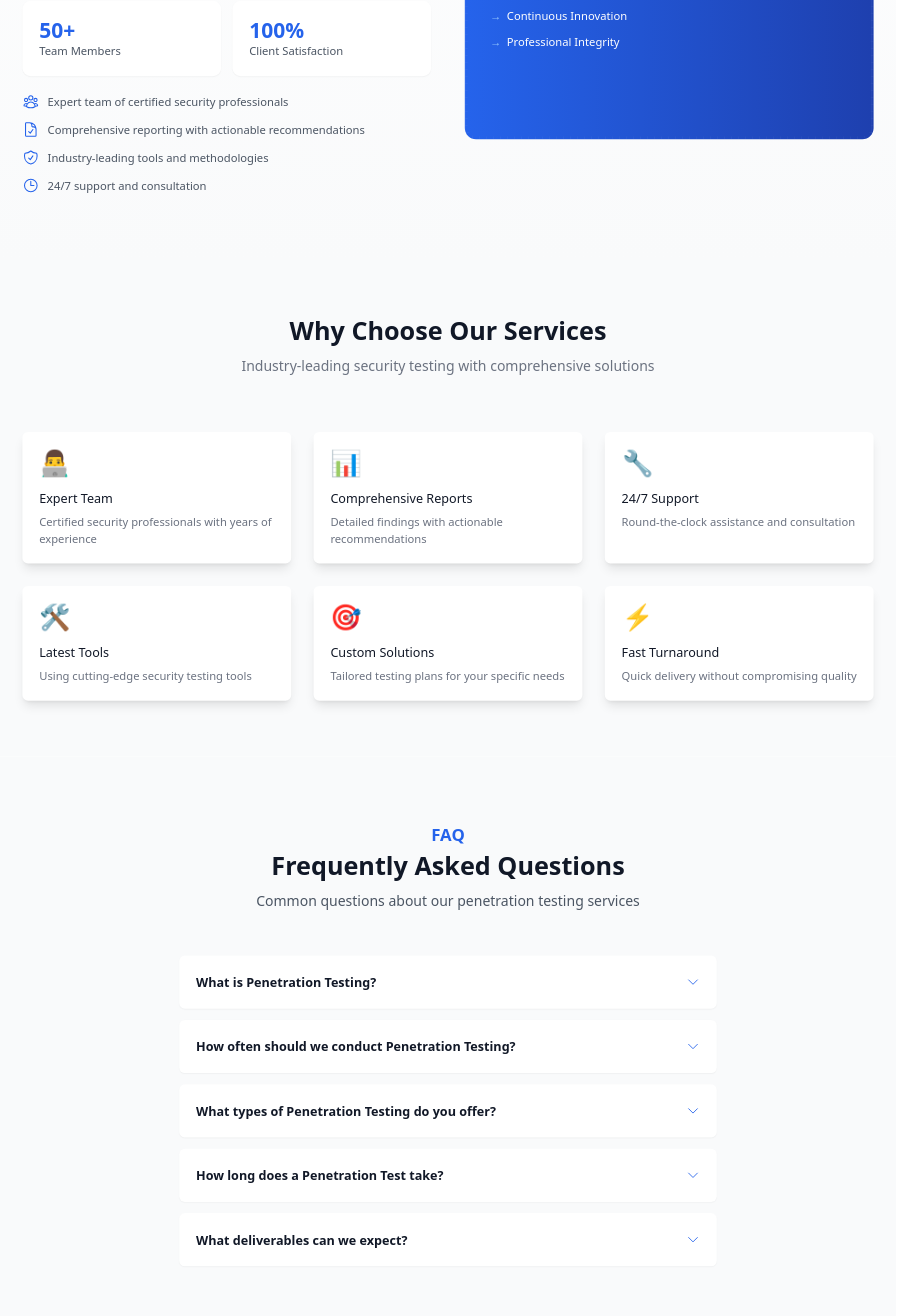
Repository: ZSayless/Penetration-test
Page: /
The author's editor kept a copy of each file at every save. The page is drawn from the files as they stood at one save, then again after the next save.
The browser window is 1280 px wide. The page is 1308 px wide, so the pictures cover 1308 px, including what lies to the right of the window. The pictures show the part of the page from y = 4620 to 6500 px (the page is 8113 px tall before and 8145 px after), at 70% of full size.
The project was rebuilt for these pictures with package versions that can differ from the ones it lists, and the page was loaded fresh each time. The framework's server and built-in components were replaced by stand-ins that run in the browser. Also part of the build but not shown: next.config.js.

Above is the page before, as saved 2024-12-04 15:22:20.

### src/app/layout.tsx
import type { Metadata } from 'next';
import Navbar from '@/components/Navbar';
import ScrollToTop from '@/components/ScrollToTop';
import './globals.css';

export const metadata: Metadata = {
  title: 'SecureTest Pro - Professional Penetration Testing Services',
  description: 'Comprehensive security assessment services to protect your business from cyber threats.',
};

export default function RootLayout({
  children,
}: {
  children: React.ReactNode;
}) {
  return (
    <html lang="en">
      <body>
        <Navbar />
        {children}
        <ScrollToTop />
      </body>
    </html>
  );
}

### src/app/page.tsx
'use client';

import Hero from '@/components/sections/Hero';
import Services from '@/components/sections/Services';
import Process from '@/components/sections/Process';
import About from '@/components/sections/About';
import Features from '@/components/sections/Features';
import Testimonials from '@/components/sections/Testimonials';
import Contact from '@/components/sections/Contact';
import WhyPentest from '@/components/sections/WhyPentest';
import FAQ from '@/components/sections/FAQ';
import Tools from '@/components/sections/Tools';

export default function Home() {
  return (
    <main>
      <Hero />
      <Services />
      <Process />
      <WhyPentest />
      <Tools />
      <About />
      <Features />
      <FAQ />
      <Testimonials />
      <Contact />
    </main>
  );
}

### src/components/Navbar.tsx
'use client';

import Link from 'next/link';
import Image from 'next/image';
import { useState } from 'react';

const navItems = [
  { name: 'Home', href: '#home' },
  { name: 'Services', href: '#services' },
  { name: 'About', href: '#about' },
  { name: 'Contact', href: '#contact' }
];

export default function Navbar() {
  const [active, setActive] = useState('');

  const handleScroll = (e: React.MouseEvent<HTMLAnchorElement>, href: string) => {
    e.preventDefault();
    const targetId = href.replace('#', '');
    const element = document.getElementById(targetId);
    if (element) {
      element.scrollIntoView({
        behavior: 'smooth'
      });
      setActive(href);
    }
  };

  return (
    <nav className="fixed top-0 left-0 right-0 z-50 bg-white shadow-sm">
      <div className="max-w-7xl mx-auto px-4 sm:px-6 lg:px-8">
        <div className="flex justify-between h-16">
          <div className="flex items-center">
            {/* Logo */}
            <div className="flex-shrink-0 flex items-center">
              <Link href="/" className="flex items-center space-x-2">
                <div className="w-8 h-8 bg-blue-600 rounded-lg flex items-center justify-center">
                  <span className="text-white font-bold text-xl">SP</span>
                </div>
                <span className="text-xl font-bold text-gray-900">SecureTest Pro</span>
              </Link>
            </div>

            {/* Navigation Links */}
            <div className="hidden sm:ml-10 sm:flex sm:space-x-8">
              {navItems.map((item) => (
                <Link
                  key={item.name}
                  href={item.href}
                  onClick={(e) => handleScroll(e, item.href)}
                  className={`inline-flex items-center px-1 pt-1 border-b-2 text-sm font-medium ${
                    active === item.href
                      ? 'border-blue-500 text-gray-900'
                      : 'border-transparent text-gray-500 hover:border-gray-300 hover:text-gray-700'
                  }`}
                >
                  {item.name}
                </Link>
              ))}
            </div>
          </div>

          {/* Get Started Button */}
          <div className="flex items-center">
            <Link
              href="#contact"
              onClick={(e) => handleScroll(e, '#contact')}
              className="inline-flex items-center px-4 py-2 border border-transparent text-sm font-medium rounded-lg text-white bg-blue-600 hover:bg-blue-700 transition-colors duration-200"
            >
              Get Started
            </Link>
          </div>
        </div>
      </div>
    </nav>
  );
}

### src/components/ScrollToTop.tsx
'use client';

import { useState, useEffect } from 'react';
import { motion, AnimatePresence } from 'framer-motion';
import { ChevronUpIcon } from '@heroicons/react/24/outline';

export default function ScrollToTop() {
  const [isVisible, setIsVisible] = useState(false);

  // Hiển thị nút khi scroll xuống 500px
  const toggleVisibility = () => {
    if (window.pageYOffset > 500) {
      setIsVisible(true);
    } else {
      setIsVisible(false);
    }
  };

  // Scroll to top khi click
  const scrollToTop = () => {
    window.scrollTo({
      top: 0,
      behavior: 'smooth',
    });
  };

  useEffect(() => {
    window.addEventListener('scroll', toggleVisibility);
    return () => {
      window.removeEventListener('scroll', toggleVisibility);
    };
  }, []);

  return (
    <AnimatePresence>
      {isVisible && (
        <motion.button
          initial={{ opacity: 0, scale: 0.8 }}
          animate={{ opacity: 1, scale: 1 }}
          exit={{ opacity: 0, scale: 0.8 }}
          onClick={scrollToTop}
          className="fixed bottom-8 right-8 z-50 p-3 bg-blue-600 text-white rounded-full shadow-lg hover:bg-blue-700 transition-colors duration-200 focus:outline-none focus:ring-2 focus:ring-offset-2 focus:ring-blue-500"
          whileHover={{ scale: 1.1 }}
          whileTap={{ scale: 0.9 }}
        >
          <ChevronUpIcon className="h-6 w-6" />
        </motion.button>
      )}
    </AnimatePresence>
  );
}

### src/app/globals.css
@tailwind base;
@tailwind components;
@tailwind utilities;

/* Add these styles */
html {
  scroll-padding-top: 4rem; /* Adjust this value based on your navbar height */
  scroll-behavior: smooth;
}

section {
  scroll-margin-top: 4rem; /* Adjust this value based on your navbar height */
}

### src/components/sections/Features.tsx
export default function Features() {
  return (
    <section id="features" className="py-20 bg-gray-50">
      <div className="max-w-7xl mx-auto px-4 sm:px-6 lg:px-8">
        <div className="text-center">
          <h2 className="text-3xl font-extrabold text-gray-900 sm:text-4xl">
            Why Choose Our Services
          </h2>
          <p className="mt-4 max-w-2xl mx-auto text-xl text-gray-500">
            Industry-leading security testing with comprehensive solutions
          </p>
        </div>

        <div className="mt-20 grid grid-cols-1 gap-8 md:grid-cols-2 lg:grid-cols-3">
          {[
            {
              title: 'Expert Team',
              description: 'Certified security professionals with years of experience',
              icon: '👨‍💻',
            },
            {
              title: 'Comprehensive Reports',
              description: 'Detailed findings with actionable recommendations',
              icon: '📊',
            },
            {
              title: '24/7 Support',
              description: 'Round-the-clock assistance and consultation',
              icon: '🔧',
            },
            {
              title: 'Latest Tools',
              description: 'Using cutting-edge security testing tools',
              icon: '🛠',
            },
            {
              title: 'Custom Solutions',
              description: 'Tailored testing plans for your specific needs',
              icon: '🎯',
            },
            {
              title: 'Fast Turnaround',
              description: 'Quick delivery without compromising quality',
              icon: '⚡',
            },
          ].map((feature, index) => (
            <div
              key={index}
              className="relative bg-white p-6 rounded-lg shadow-lg hover:shadow-xl transition-all duration-300"
            >
              <div>
                <span className="text-4xl">{feature.icon}</span>
                <h3 className="mt-4 text-lg font-medium text-gray-900">
                  {feature.title}
                </h3>
                <p className="mt-2 text-gray-500">{feature.description}</p>
              </div>
            </div>
          ))}
        </div>
      </div>
    </section>
  );
}

### src/components/sections/Testimonials.tsx
export default function Testimonials() {
  return (
    <section id="testimonials" className="py-20 bg-white">
      <div className="max-w-7xl mx-auto px-4 sm:px-6 lg:px-8">
        <div className="text-center">
          <h2 className="text-3xl font-extrabold text-gray-900 sm:text-4xl">
            What Our Clients Say
          </h2>
          <p className="mt-4 max-w-2xl mx-auto text-xl text-gray-500">
            Don't just take our word for it
          </p>
        </div>

        <div className="mt-20 grid grid-cols-1 gap-8 md:grid-cols-2 lg:grid-cols-3">
          {[
            {
              quote: "The team's expertise and professionalism exceeded our expectations. They found critical vulnerabilities that could have been devastating if exploited.",
              author: "John Smith",
              role: "CTO, Tech Corp",
            },
            {
              quote: "Comprehensive testing and clear reporting helped us improve our security posture significantly. Highly recommended!",
              author: "Sarah Johnson",
              role: "Security Director, Finance Plus",
            },
            {
              quote: "Their penetration testing service is thorough and their recommendations are practical and actionable.",
              author: "Mike Williams",
              role: "IT Manager, Global Retail",
            },
          ].map((testimonial, index) => (
            <div
              key={index}
              className="bg-gray-50 p-8 rounded-lg shadow-lg hover:shadow-xl transition-all duration-300"
            >
              <p className="text-gray-600 italic">"{testimonial.quote}"</p>
              <div className="mt-6">
                <p className="text-gray-900 font-semibold">{testimonial.author}</p>
                <p className="text-gray-500">{testimonial.role}</p>
              </div>
            </div>
          ))}
        </div>
      </div>
    </section>
  );
}

### src/components/sections/FAQ.tsx
'use client';

import { motion } from 'framer-motion';
import { useState } from 'react';
import { ChevronDownIcon } from '@heroicons/react/24/outline';

const faqs = [
  {
    question: "What is Penetration Testing?",
    answer: "Penetration Testing is a controlled cybersecurity assessment that simulates real-world attacks to identify vulnerabilities in your systems, networks, and applications before malicious hackers can exploit them."
  },
  {
    question: "How often should we conduct Penetration Testing?",
    answer: "We recommend conducting penetration tests at least annually, or after significant infrastructure changes, new system deployments, or major application updates. Regular testing ensures continuous security assessment."
  },
  {
    question: "What types of Penetration Testing do you offer?",
    answer: "We offer comprehensive penetration testing services including Network Penetration Testing, Web Application Testing, Mobile App Security Testing, Cloud Security Assessment, and Social Engineering Testing."
  },
  {
    question: "How long does a Penetration Test take?",
    answer: "The duration varies depending on the scope and complexity of the systems being tested. Typically, a standard penetration test can take 1-3 weeks, including planning, testing, and reporting phases."
  },
  {
    question: "What deliverables can we expect?",
    answer: "You'll receive a detailed report including an executive summary, technical findings, risk ratings, proof-of-concept demonstrations, and specific remediation recommendations. We also provide post-test consultation."
  }
];

export default function FAQ() {
  const [openIndex, setOpenIndex] = useState<number | null>(null);

  return (
    <section className="py-24 bg-gray-50">
      <div className="max-w-7xl mx-auto px-4 sm:px-6 lg:px-8">
        <motion.div
          initial={{ opacity: 0, y: 20 }}
          whileInView={{ opacity: 1, y: 0 }}
          viewport={{ once: true }}
          className="text-center mb-16"
        >
          <h2 className="text-2xl font-semibold text-blue-600">FAQ</h2>
          <h3 className="mt-2 text-4xl font-bold text-gray-900">Frequently Asked Questions</h3>
          <p className="mt-4 text-xl text-gray-600">
            Common questions about our penetration testing services
          </p>
        </motion.div>

        <div className="max-w-3xl mx-auto">
          {faqs.map((faq, index) => (
            <motion.div
              key={index}
              initial={{ opacity: 0, y: 20 }}
              whileInView={{ opacity: 1, y: 0 }}
              viewport={{ once: true }}
              transition={{ delay: index * 0.1 }}
              className="mb-4"
            >
              <button
                onClick={() => setOpenIndex(openIndex === index ? null : index)}
                className="w-full flex justify-between items-center p-6 bg-white rounded-lg shadow-sm hover:shadow-md transition-shadow duration-200"
              >
                <span className="text-lg font-semibold text-gray-900">{faq.question}</span>
                <ChevronDownIcon
                  className={`w-5 h-5 text-blue-600 transition-transform duration-200 ${
                    openIndex === index ? 'transform rotate-180' : ''
                  }`}
                />
              </button>
              {openIndex === index && (
                <motion.div
                  initial={{ opacity: 0, height: 0 }}
                  animate={{ opacity: 1, height: 'auto' }}
                  exit={{ opacity: 0, height: 0 }}
                  className="p-6 bg-gray-50 rounded-b-lg"
                >
                  <p className="text-gray-600">{faq.answer}</p>
                </motion.div>
              )}
            </motion.div>
          ))}
        </div>
      </div>
    </section>
  );
}

### src/components/sections/Tools.tsx
'use client';

import { motion } from 'framer-motion';
import { CommandLineIcon, ShieldCheckIcon, GlobeAltIcon, ServerIcon, WrenchScrewdriverIcon } from '@heroicons/react/24/outline';

const tools = [
  {
    name: "Acunetix",
    description: "Advanced web vulnerability scanning",
    icon: GlobeAltIcon
  },
  {
    name: "Nessus",
    description: "Comprehensive vulnerability assessment",
    icon: ShieldCheckIcon
  },
  {
    name: "Burp Suite",
    description: "Web application security testing",
    icon: CommandLineIcon
  },
  {
    name: "Metasploit",
    description: "Penetration testing framework",
    icon: ServerIcon
  },
  {
    name: "Wireshark",
    description: "Network protocol analyzer",
    icon: WrenchScrewdriverIcon
  }
];

export default function Tools() {
  return (
    <section className="py-24 bg-white">
      <div className="max-w-7xl mx-auto px-4 sm:px-6 lg:px-8">
        <motion.div
          initial={{ opacity: 0, y: 20 }}
          whileInView={{ opacity: 1, y: 0 }}
          viewport={{ once: true }}
          className="text-center mb-16"
        >
          <h2 className="text-2xl font-semibold text-blue-600">Our Arsenal</h2>
          <h3 className="mt-2 text-4xl font-bold text-gray-900">Professional Tools & Technologies</h3>
          <p className="mt-4 text-xl text-gray-600">
            We use industry-leading security tools to ensure comprehensive testing
          </p>
        </motion.div>

        <div className="grid grid-cols-2 md:grid-cols-3 lg:grid-cols-5 gap-8">
          {tools.map((tool, index) => (
            <motion.div
              key={index}
              initial={{ opacity: 0, y: 20 }}
              whileInView={{ opacity: 1, y: 0 }}
              viewport={{ once: true }}
              transition={{ delay: index * 0.1 }}
              className="flex flex-col items-center p-6 bg-gray-50 rounded-xl hover:shadow-lg transition-shadow duration-300"
            >
              <div className="w-20 h-20 mb-4 bg-blue-100 rounded-xl flex items-center justify-center">
                <tool.icon className="w-12 h-12 text-blue-600" />
              </div>
              <h4 className="text-lg font-semibold text-gray-900">{tool.name}</h4>
              <p className="text-sm text-gray-600 text-center mt-2">{tool.description}</p>
            </motion.div>
          ))}
        </div>
      </div>
    </section>
  );
}

Loaded but not shown: tailwind.config.js (18 lines, source omitted); src/components/sections/Contact.tsx (306 lines, source omitted); src/components/sections/Hero.tsx (279 lines, source omitted); src/components/sections/About.tsx (146 lines, source omitted); src/components/sections/Process.tsx (105 lines, source omitted); src/components/sections/Services.tsx (109 lines, source omitted); src/components/sections/WhyPentest.tsx (88 lines, source omitted)

After the next save:
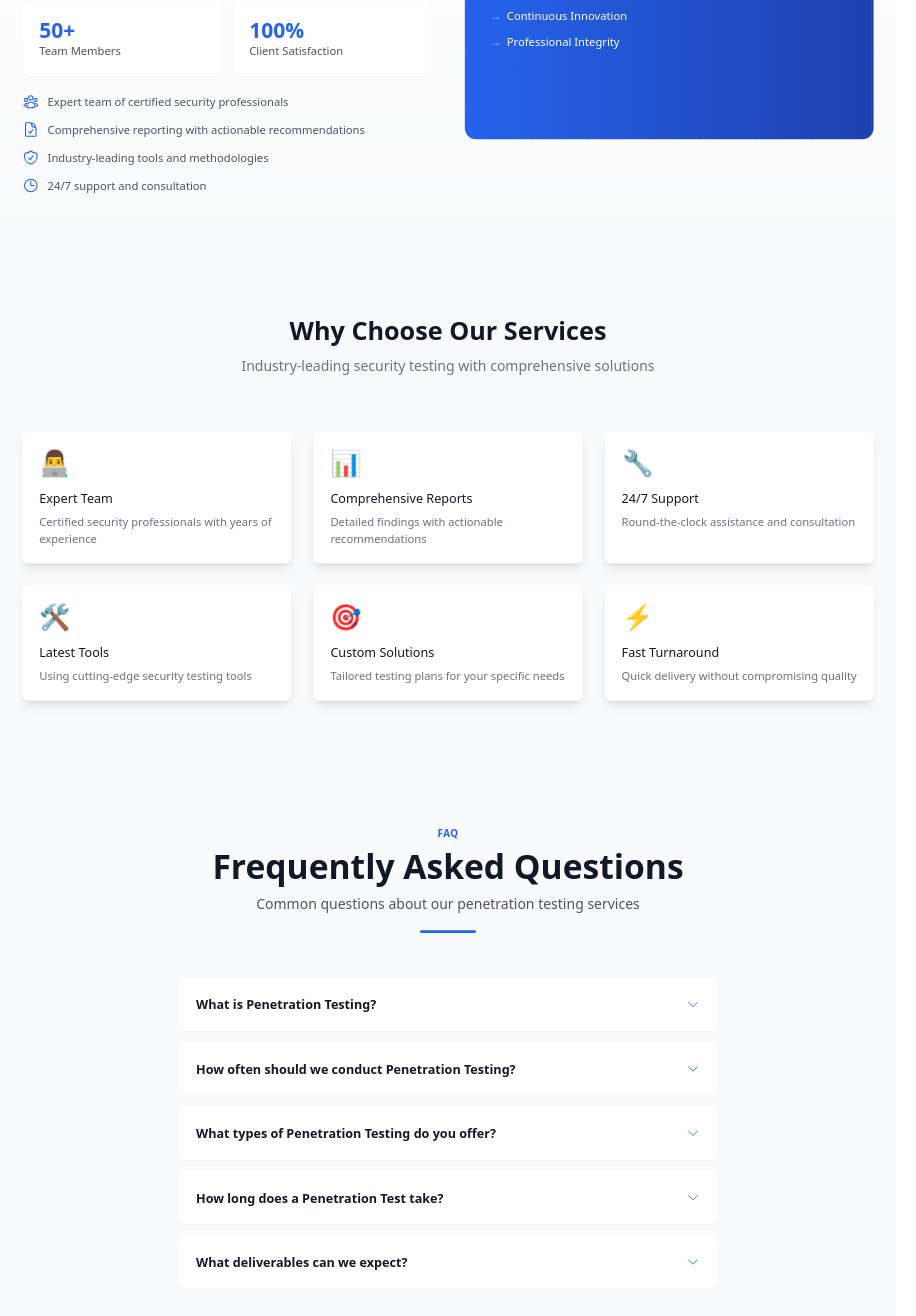
Saved 93 s later.
--- a/src/components/sections/FAQ.tsx
+++ b/src/components/sections/FAQ.tsx
@@ -1,6 +1,6 @@
 'use client';
 
-import { motion } from 'framer-motion';
+import { motion, AnimatePresence } from 'framer-motion';
 import { useState } from 'react';
 import { ChevronDownIcon } from '@heroicons/react/24/outline';
 
@@ -30,8 +30,27 @@ const faqs = [
 export default function FAQ() {
   const [openIndex, setOpenIndex] = useState<number | null>(null);
 
+  const answerVariants = {
+    hidden: {
+      opacity: 0,
+      height: 0,
+      transition: {
+        duration: 0.2,
+        ease: "easeInOut"
+      }
+    },
+    visible: {
+      opacity: 1,
+      height: "auto",
+      transition: {
+        duration: 0.3,
+        ease: "easeInOut"
+      }
+    }
+  };
+
   return (
-    <section className="py-24 bg-gray-50">
+    <section id="faq" className="py-24 bg-gray-50">
       <div className="max-w-7xl mx-auto px-4 sm:px-6 lg:px-8">
         <motion.div
           initial={{ opacity: 0, y: 20 }}
@@ -39,11 +58,18 @@ export default function FAQ() {
           viewport={{ once: true }}
           className="text-center mb-16"
         >
-          <h2 className="text-2xl font-semibold text-blue-600">FAQ</h2>
-          <h3 className="mt-2 text-4xl font-bold text-gray-900">Frequently Asked Questions</h3>
-          <p className="mt-4 text-xl text-gray-600">
-            Common questions about our penetration testing services
-          </p>
+          <span className="text-blue-600 font-semibold text-sm uppercase tracking-wider">FAQ</span>
+          <h2 className="mt-3 text-4xl md:text-5xl font-bold text-gray-900 leading-tight">
+            Frequently Asked Questions
+          </h2>
+          <div className="mt-4 max-w-3xl mx-auto">
+            <p className="text-xl text-gray-600">
+              Common questions about our penetration testing services
+            </p>
+          </div>
+          <div className="mt-6 flex justify-center">
+            <div className="h-1 w-20 bg-blue-600 rounded-full"></div>
+          </div>
         </motion.div>
 
         <div className="max-w-3xl mx-auto">
@@ -58,25 +84,32 @@ export default function FAQ() {
             >
               <button
                 onClick={() => setOpenIndex(openIndex === index ? null : index)}
-                className="w-full flex justify-between items-center p-6 bg-white rounded-lg shadow-sm hover:shadow-md transition-shadow duration-200"
+                className="w-full flex justify-between items-center p-6 bg-white rounded-lg shadow-sm hover:shadow-md transition-all duration-200"
               >
                 <span className="text-lg font-semibold text-gray-900">{faq.question}</span>
-                <ChevronDownIcon
-                  className={`w-5 h-5 text-blue-600 transition-transform duration-200 ${
-                    openIndex === index ? 'transform rotate-180' : ''
-                  }`}
-                />
+                <motion.div
+                  animate={{ rotate: openIndex === index ? 180 : 0 }}
+                  transition={{ duration: 0.2 }}
+                >
+                  <ChevronDownIcon className="w-5 h-5 text-blue-600" />
+                </motion.div>
               </button>
-              {openIndex === index && (
-                <motion.div
-                  initial={{ opacity: 0, height: 0 }}
-                  animate={{ opacity: 1, height: 'auto' }}
-                  exit={{ opacity: 0, height: 0 }}
-                  className="p-6 bg-gray-50 rounded-b-lg"
-                >
-                  <p className="text-gray-600">{faq.answer}</p>
-                </motion.div>
-              )}
+
+              <AnimatePresence>
+                {openIndex === index && (
+                  <motion.div
+                    variants={answerVariants}
+                    initial="hidden"
+                    animate="visible"
+                    exit="hidden"
+                    className="overflow-hidden"
+                  >
+                    <div className="p-6 bg-gray-50 rounded-b-lg">
+                      <p className="text-gray-600">{faq.answer}</p>
+                    </div>
+                  </motion.div>
+                )}
+              </AnimatePresence>
             </motion.div>
           ))}
         </div>
